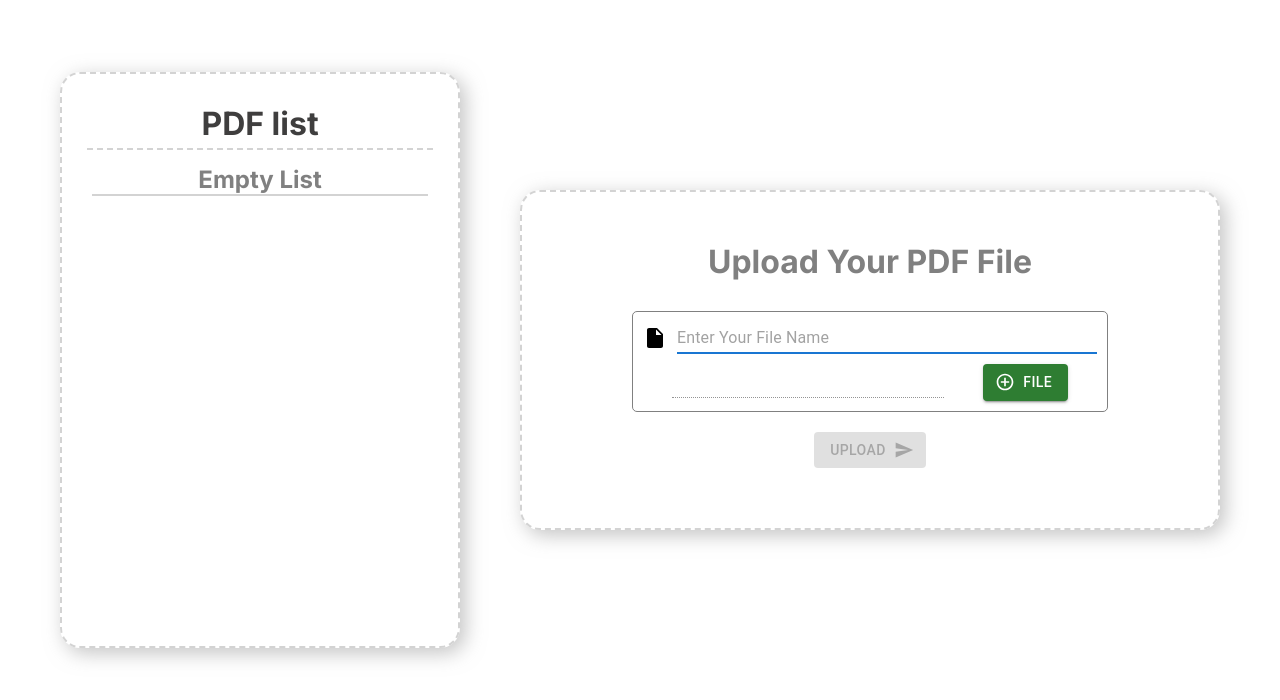
Repository: BhushanPatil-121/pdf-upload-nextjs
Page: /
The author's editor kept a copy of each file at every save. The page is drawn from the files as they stood at one save, then again after the next save.
The browser window is 1280 px wide. The pictures show the whole page.
The page's requests for data from a server got no answer. The project was rebuilt for these pictures with package versions that can differ from the ones it lists, and the page was loaded fresh each time. The framework's server and built-in components were replaced by stand-ins that run in the browser. No one was signed in, and anything a server would have sent is missing. Also part of the build but not shown: next.config.mjs.

Above is the page before, as saved 2024-02-29 23:28:47.

### src/app/page.tsx
"use client"
import AddCircleOutlineIcon from '@mui/icons-material/AddCircleOutline';
import InsertDriveFileIcon from '@mui/icons-material/InsertDriveFile';
import SendIcon from '@mui/icons-material/Send';
import LoadingButton from '@mui/lab/LoadingButton';
import { Box, TextField } from "@mui/material";
import Button from '@mui/material/Button';
import { styled } from '@mui/material/styles';
import { useEffect, useState } from 'react';
import styles from "./page.module.css";
import { pdfToBlob } from "./utils/pdfToBlob";
import prisma from '@/lib/prisma';
import Link from 'next/link';
const VisuallyHiddenInput = styled('input')({
  clip: 'rect(0 0 0 0)',
  clipPath: 'inset(50%)',
  height: 1,
  overflow: 'hidden',
  position: 'absolute',
  bottom: 0,
  left: 0,
  whiteSpace: 'nowrap',
  width: 1,
});

interface PdfList {
  id: number;
  fileName: string;
  pdf: string;
  uploadedAt: Date;
}
export default function Home() {
  const [loading, setLoading] = useState(false);
  const [fileName, setFileName] = useState<string>("")
  const [defaultFileName, setDefaultFileName] = useState<string>("")
  const [file, setFile] = useState<string | ArrayBuffer | null>("")
  const [pdfList, setPdfList] = useState<PdfList[]>([])

  useEffect(() => {
    const getPdfList = async () => {
      let pdfList:any = await fetch("/api" , {
        method: "GET",
      })
      pdfList =await pdfList.json();
      // console.log(pdfList.fileList);

      setPdfList(pdfList.fileList)
    }
    getPdfList()
  }, [])


  const clearField = () => {
    setFileName("")
    setDefaultFileName("")
    setFile("")
  }
  const handleClick = async (e: any) => {
    e.preventDefault();
    setLoading(true);

    const formData = new FormData();
    formData.append('fileName', fileName);
    formData.append('file', file as unknown as string);

    try {
      let body = await fetch("/api", {
        method: "POST",
        body: formData,
      });
      const result = await body.json();

      if (result.status === "200") {
        setLoading(false)
        alert('PDF uploaded successfully')
        clearField();
      } else if (result.status === "409") {
        setLoading(false)
        alert('File Name Already Exists')
        clearField();
      } else {
        setLoading(false)
        alert('Fail To Upload PDF')
        clearField();
      }
    } catch (error) {
      alert('ERROR! Failed to upload PDF')
      console.error('Error uploading PDF:', error);
      clearField();
    }
  }

  const handleFileChange = async (e: React.ChangeEvent<HTMLInputElement>) => {
    const file: File | undefined = e.target.files?.[0];
    if (file) {
      setDefaultFileName(file.name)
      const dataBlob = await pdfToBlob(file);
      const f = new File([dataBlob], file.name, { type: dataBlob.type })
      const fr = new FileReader();
      fr.readAsDataURL(f)
      fr.onload = () => {
        const re = fr.result;
        setFile(re)
      }
    }
  };
  return (
    <main className={styles.main}>
      <div className={styles.pdfListContainer}>
        <div className={styles.listHeadingDiv}>
          <h1>PDF list</h1>
        </div>
        <div className={styles.pdfListDiv}>
          {
           pdfList.length>0 ?  pdfList.map((item) => (
              <h2 className={styles.listTitle} key={item.id}>
                <Link href={`/pdffile/${item.fileName}`} target='_blank'>
                {item.fileName}
                </Link>
              </h2>
            )):<h2 className={styles.listTitle} >Empty List</h2>
          }
        </div>
      </div>
      <div className={styles.mainContainer}>
        <h1 className={styles.mainHeading}>Upload Your PDF File</h1>
        <form className={styles.mainForm}>
          <div className={styles.mainFormContainer}>
            <div className={styles.mainFormSubContainer1}>
              <InsertDriveFileIcon />
              <Box sx={{ width: '100%' }}>
                <TextField
                  id="standard-basic"
                  fullWidth
                  placeholder="Enter Your File Name"
                  value={fileName}
                  autoFocus
                  onChange={(e) => { setFileName(e.target.value.trim()) }}
                  variant="standard" />
              </Box>
            </div>
            <div className={styles.mainFormSubContainer2}>
              <Box sx={{ width: '60%' }}>
                <TextField
                  id="standard-multiline-static"
                  multiline
                  fullWidth
                  rows={1}
                  disabled
                  variant="standard"
                  value={defaultFileName}
                />
              </Box>
              <Button
                startIcon={<AddCircleOutlineIcon />}
                component="label"
                role={undefined}
                variant="contained"
                tabIndex={-1}
                color={file ? "error" : "success"}
              >file
                <VisuallyHiddenInput
                  onChange={handleFileChange}
                  type="file" accept="application/pdf" />
              </Button>
            </div>
          </div>
          <LoadingButton
            onClick={handleClick}
            endIcon={<SendIcon />}
            loading={loading}
            disabled={fileName.length < 1}
            loadingPosition="end"
            variant="contained">
            {
              loading ? "Uploading..." : "Upload"
            }
          </LoadingButton>
        </form>
      </div>
    </main>
  );
}

### src/app/globals.css


* {
  box-sizing: border-box;
  padding: 0;
  margin: 0;
}

html,
body {
  max-width: 100vw;
  overflow-x: hidden;
}


a {
  color: inherit;
  text-decoration: none;
}

### src/app/page.module.css
.main {
  display: flex;
  flex-direction: row;
  justify-content: space-evenly;
  align-items: center;
  padding: 4rem 0;
  min-height: 100vh;
  background-color: rgb(255, 255, 255);
}
.pdfListContainer{
  color: rgb(63, 62, 62);
  height: 80vh;
  text-align: center;
  width: 400px;
  border-radius: 20px;
  padding: 20px;
  border: dashed 2px lightgrey;
  box-shadow: 5px 5px 20px rgba(143, 142, 142, 0.534);

}
.listHeadingDiv{
  display: flex;
  padding: 5px;
  justify-content: center;
  align-self: center;
  margin: 5px;
  border-bottom: dashed 2px lightgrey;
}
.pdfListDiv{
  height: 90%;
  padding: 5px;
  margin: 5px;
  overflow-y: scroll;
  display: flex;
  flex-direction: column;
  justify-content: flex-start;
  align-items: center;
}
.listTitle{
  color: grey;
  margin: 5px;
  width: 100%;
  border-bottom: solid 2px lightgrey;

}
.mainContainer {
  width: 700px;
  display: flex;
  flex-direction: column;
  justify-content: center;
  align-items: center;
  padding: 50px 100px;
  border-radius: 20px;
  border: dashed 2px lightgrey;
  box-shadow: 5px 5px 20px rgba(143, 142, 142, 0.534);
}

.mainHeading {
  color: grey;
  text-align: center;
}

.mainForm {
  display: flex;
  flex-direction: column;
  align-items: center;
  justify-content: center;
  width: 100%;
  padding: 10px;
  border-radius: 10px;
}

.mainFormContainer {
  display: flex;
  flex-direction: column;
  align-items: center;
  justify-content: center;
  width: 100%;
  height: 100%;
  border: 1px solid grey;
  border-radius: 5px;
  padding: 10px;
  gap: 10px;
  margin: 20px;
}

.mainFormSubContainer1 {
  display: flex;
  flex-direction: row;
  align-items: center;
  justify-content: center;
  gap: 10px;
  width: 100%;
}

.mainFormSubContainer2 {
  display: flex;
  flex-direction: row;
  align-items: center;
  justify-content: space-evenly;
  gap: 10px;
  width: 100%;

}

@media screen and (max-width: 768px){
  .mainContainer{
    width: inherit;
    padding: 50px 50px;
  }
  .mainFormSubContainer2{
    flex-direction: column;
  }
}

### src/app/utils/pdfToBlob.ts
export const pdfToBlob =  (file: File): Promise<Blob> => {
    return new Promise((resolve, reject) => {
      const reader = new FileReader();
      reader.onload = () => {
        if (reader.result instanceof ArrayBuffer) {
          const blob = new Blob([reader.result], { type: file.type });
          resolve(blob);
        } else {
          reject(new Error('Unable to read file'));
        }
      };
      reader.onerror = reject;
      reader.readAsArrayBuffer(file);
    });
  }

Loaded but not shown: src/app/layout.tsx (common file)

After the next save:
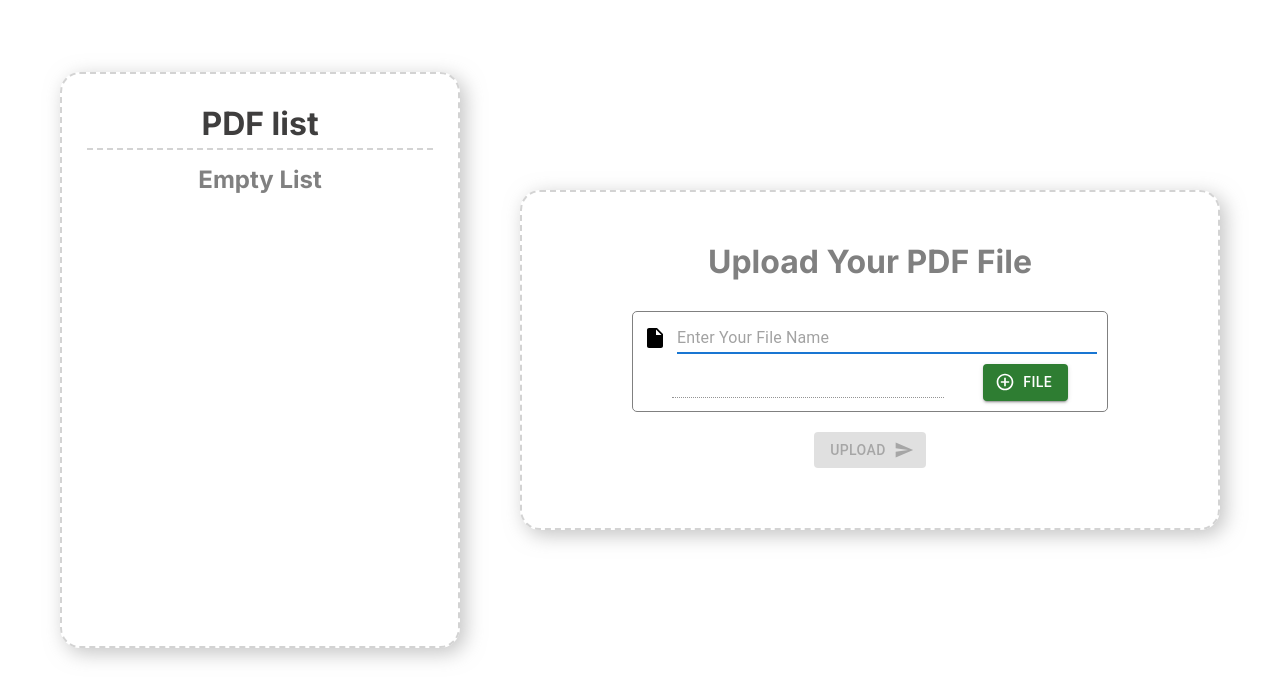
Saved 8 s later.
--- a/src/app/page.module.css
+++ b/src/app/page.module.css
@@ -40,6 +40,7 @@
   color: grey;
   margin: 5px;
   width: 100%;
+  pa
   border-bottom: solid 2px lightgrey;
 
 }
